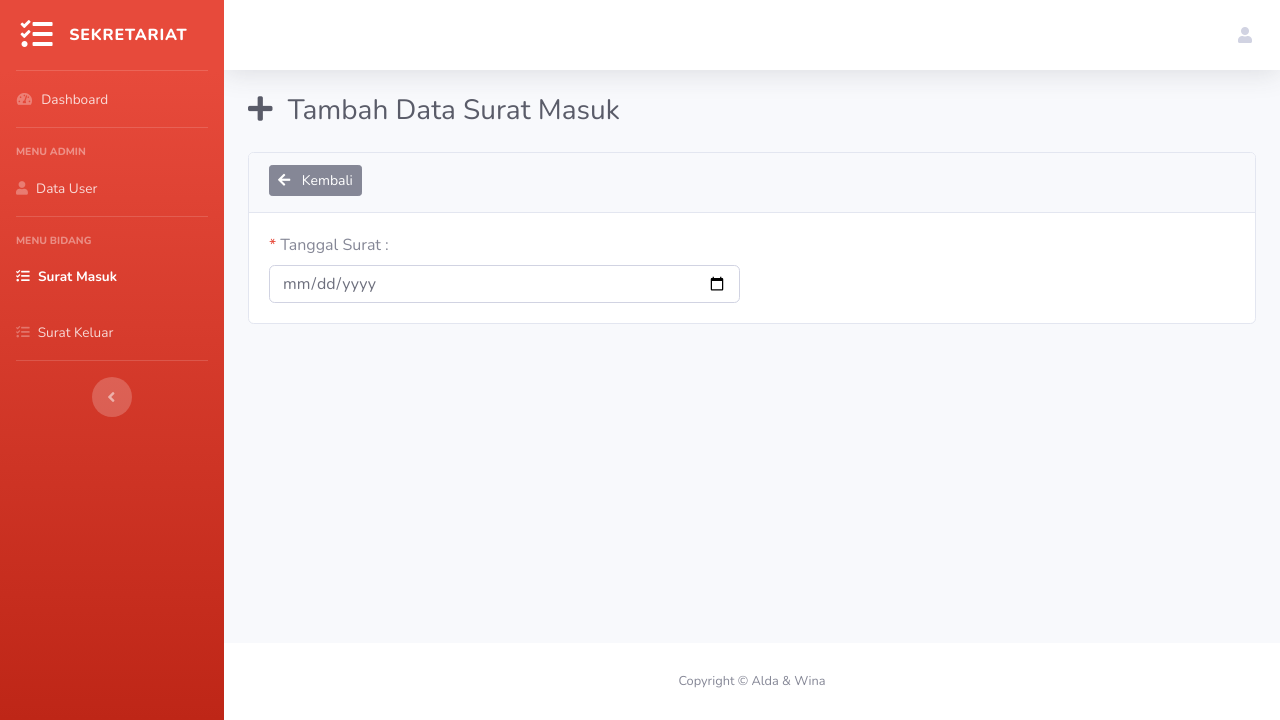
Repository: aldasamrotulfuadah/projek-PKL
Page: http://localhost/suratmasuk/create
An editor plug-in stored every save of this project. The page is shown before and after the next save, followed by the edit.
The browser window is 1280 px wide. The pictures show the whole page.
The page is served by the project's Laravel application, run on PHP 8.4 with Laravel 12. A made-up administrator, Test User (test@example.com), is signed in. Other server files are loaded and not shown.

Above is the page before, as saved 2026-03-12 10:59:54.

### routes/web.php
<?php

use App\Http\Controllers\AuthController;
use App\Http\Controllers\DashboardController;
use App\Http\Controllers\SuratKeluarController;
use App\Http\Controllers\SuratMasukController;
use App\Http\Controllers\UserController;
use Illuminate\Support\Facades\Route;




Route::get('/', function () {
    return view('welcome');
})->name('welcome');

// Login
Route::get('/login', [AuthController::class, 'login'])->name('login');
Route::post('/login', [AuthController::class, 'loginProses'])->name('loginProses');

//user
Route::get('/user', [UserController::class, 'user'])->name('user');
Route::get('/user/create', [UserController::class, 'create'])->name('userCreate');
Route::post('/user/store', [UserController::class, 'store'])->name('userStore');
Route::get('/user/edit/{id}', [UserController::class, 'edit'])->name('userEdit');
Route::post('/user/update/{id}', [UserController::class, 'update'])->name('userUpdate');
Route::delete('/user/destroy/{id}', [UserController::class, 'destroy'])->name('userDestroy');

// Logout
Route::get('/logout', [AuthController::class, 'logout'])->name('logout');

Route::middleware('checkLogin')->group(function(){
    // Dashboard
    Route::get('/dashboard', [DashboardController::class, 'index'])->name('dashboard');
    // Surat Masuk
    Route::get('/suratmasuk', [SuratMasukController::class, 'index'])->name('suratmasuk');
    Route::get('/suratmasuk/create', [SuratMasukController::class, 'create'])->name('suratmasukCreate');


    // Surat Keluar
    Route::get('/suratkeluar', [SuratKeluarController::class, 'index'])->name('suratkeluar');

});

### app/Models/User.php
<?php

namespace App\Models;

// use Illuminate\Contracts\Auth\MustVerifyEmail;
use Illuminate\Database\Eloquent\Factories\HasFactory;
use Illuminate\Foundation\Auth\User as Authenticatable;
use Illuminate\Notifications\Notifiable;

class User extends Authenticatable
{
    use HasFactory, Notifiable;

    /**
     * The attributes that are mass assignable.
     *
     * @var array<int, string>
     */
    protected $fillable = [
        'nama',
        'email',
        'Jabatan',
        'is_tugas',
        'password',
    ];

    /**
     * The attributes that should be hidden for serialization.
     *
     * @var array<int, string>
     */
    protected $hidden = [
        'password',
        'remember_token',
    ];

    /**
     * Get the attributes that should be cast.
     *
     * @return array<string, string>
     */
    protected function casts(): array
    {
        return [
            'email_verified_at' => 'datetime',
            'password' => 'hashed',
        ];
    }
}

### app/Http/Controllers/SuratMasukController.php
<?php

namespace App\Http\Controllers;

use App\Models\SuratMasuk;
use Illuminate\Http\Request;

class SuratMasukController extends Controller
{
    public function index(){
        $data = array(
            'title'   => 'Data Surat Masuk',
            'menuSuratMasuk'   => 'active',
            'suratmasuk'   => suratmasuk::get(),
        );
        return view('suratm/suratmasuk',$data);
    }

    public function create(){
        $data = array(
            'title'   => 'Tambah Data Surat Masuk',
            'menuSuratMasuk'   => 'active',
        );
        return view('suratm/create',$data);
    }

}

### resources/views/suratm/create.blade.php
@extends('layouts/app')

@section('content')

    <h1 class="h3 mb-4 text-gray-800">
        <i class="fas fa-plus mr-2"></i>
       {{ $title }}
    </h1>


    <div class="card">
        <div class="card-header d-flex flex-wrap justify-content-center justify-content-xl-between">
            <div class="mb-1 mr-2">
                <a href="{{ route('suratmasuk') }}" class="btn btn-sm btn-secondary">
                    <i class="fas fa-arrow-left mr-2"></i>
                Kembali
                </a>
            </div>
        </div>
        <div class="card-body">
            <div class="row">
                <div class="col-6">
                    <label class="form-label">
                        <span class="text-danger">*</span>
                        Tanggal Surat :
                    </label>
                    <input type="date" name="tanggal" class="form-control">
                </div>
            </div>
        </div>
    </div>



@endsection

### resources/views/layouts/app.blade.php
@include('layouts/header')

<body id="page-top">

    <!-- Page Wrapper -->
    <div id="wrapper">

@include('layouts/sidebar')

        <!-- Content Wrapper -->
        <div id="content-wrapper" class="d-flex flex-column">

            <!-- Main Content -->
            <div id="content">

                <!-- Topbar -->
                <nav class="navbar navbar-expand navbar-light bg-white topbar mb-4 static-top shadow">

                    <!-- Sidebar Toggle (Topbar) -->
                    <button id="sidebarToggleTop" class="btn btn-link d-md-none rounded-circle mr-3">
                        <i class="fa fa-bars"></i>
                    </button>

                    <!-- Topbar Navbar -->
                    <ul class="navbar-nav ml-auto">

                        <!-- Nav Item - User Information -->
                        <li class="nav-item dropdown no-arrow">
                            <a class="nav-link dropdown-toggle" href="#" id="userDropdown" role="button"
                                data-toggle="dropdown" aria-haspopup="true" aria-expanded="false">
                                <span class="mr-2 d-none d-lg-inline text-gray-600 small">
                                    {{ auth()->user()->nama }}
                                </span>
                                <i class="fas fa-user"></i>
                            </a>
                            <!-- Dropdown - User Information -->
                            <div class="dropdown-menu dropdown-menu-right shadow animated--grow-in"
                                aria-labelledby="userDropdown">
                                <a class="dropdown-item" href="#">
                                    <div class="badge badge-secondary justify-content-center d-flex">
                                         {{ auth()->user()->Jabatan }}
                                    </div>
                                </a>
                                <a class="dropdown-item" href="#">
                                    <i class="fas fa-cogs fa-sm fa-fw mr-2 text-gray-400"></i>
                                    Pengaturan
                                </a>
                                <div class="dropdown-divider"></div>
                                <a class="dropdown-item" href="{{ route('logout') }}">
                                    <i class="fas fa-sign-out-alt fa-sm fa-fw mr-2 text-gray-400"></i>
                                    Logout
                                </a>
                            </div>
                        </li>

                    </ul>

                </nav>
                <!-- End of Topbar -->

                <!-- Begin Page Content -->
                <div class="container-fluid">

                    @yield('content')

                </div>
                <!-- /.container-fluid -->

            </div>
            <!-- End of Main Content -->

            <!-- Footer -->
            <footer class="sticky-footer bg-white">
                <div class="container my-auto">
                    <div class="copyright text-center my-auto">
                        <span>Copyright &copy; Alda & Wina</span>
                    </div>
                </div>
            </footer>
            <!-- End of Footer -->

        </div>
        <!-- End of Content Wrapper -->

    </div>
    <!-- End of Page Wrapper -->

    <!-- Scroll to Top Button-->
    <a class="scroll-to-top rounded" href="#page-top">
        <i class="fas fa-angle-up"></i>
    </a>

    <!-- Logout Modal-->
    <div class="modal fade" id="logoutModal" tabindex="-1" role="dialog" aria-labelledby="exampleModalLabel"
        aria-hidden="true">
        <div class="modal-dialog" role="document">
            <div class="modal-content">
                <div class="modal-header">
                    <h5 class="modal-title" id="exampleModalLabel">Ready to Leave?</h5>
                    <button class="close" type="button" data-dismiss="modal" aria-label="Close">
                        <span aria-hidden="true">×</span>
                    </button>
                </div>
                <div class="modal-body">Select "Logout" below if you are ready to end your current session.</div>
                <div class="modal-footer">
                    <button class="btn btn-secondary" type="button" data-dismiss="modal">Cancel</button>
                    <a class="btn btn-primary" href="login.html">Logout</a>
                </div>
            </div>
        </div>
    </div>

@include('layouts/footer')

### resources/views/layouts/header.blade.php
<!DOCTYPE html>
<html lang="en">

<head>

    <meta charset="utf-8">
    <meta http-equiv="X-UA-Compatible" content="IE=edge">
    <meta name="viewport" content="width=device-width, initial-scale=1, shrink-to-fit=no">
    <meta name="description" content="">
    <meta name="author" content="">

    <title>Masuk.in | Dashboard {{ $title }}</title>

    <!-- Custom fonts for this template-->
    <link href="{{ asset('sbadmin2/vendor/fontawesome-free/css/all.min.css') }}" rel="stylesheet" type="text/css">
    <link href="https://fonts.googleapis.com/css?family=Nunito:200,200i,300,300i,400,400i,600,600i,700,700i,800,800i,900,900i"
        rel="stylesheet">

    <!-- Custom styles for this template-->
    <link href="{{ asset('sbadmin2/css/sb-admin-2.min.css') }}" rel="stylesheet">
     <link href="{{ asset('sbadmin2/vendor/datatables/dataTables.bootstrap4.min.css') }}" rel="stylesheet">

</head>

### resources/views/layouts/sidebar.blade.php
        <!-- Sidebar -->
        <ul class="navbar-nav bg-gradient-danger sidebar sidebar-dark accordion" id="accordionSidebar">

            <!-- Sidebar - Brand -->
            <a class="sidebar-brand d-flex align-items-center justify-content-center" href="index.html">
                <div class="sidebar-brand-icon">
                    <i class="fas fa-tasks"></i>
                </div>
                <div class="sidebar-brand-text mx-3">Sekretariat</div>
            </a>

            <!-- Divider -->
            <hr class="sidebar-divider my-0">

            <!-- Nav Item - Dashboard -->
            <li class="nav-item {{ $menuDashboard ?? '' }}">
                <a class="nav-link" href="{{ route('dashboard') }}">
                    <i class="fas fa-fw fa-tachometer-alt"></i>
                    <span>Dashboard</span></a>
            </li>

            <!-- Divider -->
            <hr class="sidebar-divider">

            <!-- Heading -->
            <div class="sidebar-heading">
                Menu Admin
            </div>

            <!-- Nav Item - Charts -->
            <li class="nav-item {{ $menuAdminUser ?? '' }}">
                <a class="nav-link" href="{{ route('user') }}">
                    <i class="fas fa-user"></i>
                    <span>Data User</span></a>

                    <!-- Divider -->
                    <hr class="sidebar-divider">

                <div class="sidebar-heading">
                    Menu Bidang
                </div>
                <!-- Nav Item - Charts -->
                <li class="nav-item {{ $menuSuratMasuk ?? '' }}">
                    <a class="nav-link" href="{{ route('suratmasuk') }}">
                        <i class="fas fa-tasks"></i>
                        <span>Surat Masuk</span></a>
                </li>

                <!-- Nav Item - Tables -->
                <li class="nav-item {{ $menuSuratKeluar ?? '' }}">
                    <a class="nav-link" href="{{ route('suratkeluar') }}">
                        <i class="fas fa-tasks"></i>
                        <span>Surat Keluar</span></a>
                </li>

                <!-- Divider -->
                <hr class="sidebar-divider d-none d-md-block">

                <!-- Sidebar Toggler (Sidebar) -->
                <div class="text-center d-none d-md-inline">
                    <button class="rounded-circle border-0" id="sidebarToggle"></button>
                </div>
            </ul>
        <!-- End of Sidebar -->

### resources/views/layouts/footer.blade.php
<script src="{{ asset('sbadmin2/vendor/jquery/jquery.min.js') }}"></script>
    <script src="{{ asset('sbadmin2/vendor/bootstrap/js/bootstrap.bundle.min.js') }}"></script>
    <script src="{{ asset('sbadmin2/vendor/jquery-easing/jquery.easing.min.js') }}"></script>
    <script src="{{ asset('sbadmin2/js/sb-admin-2.min.js') }}"></script>

    <script src="{{ asset('sbadmin2/vendor/datatables/jquery.dataTables.min.js') }}"></script>
    <script src="{{ asset('sbadmin2/vendor/datatables/dataTables.bootstrap4.min.js') }}"></script>
    <script src="{{ asset('sbadmin2/js/demo/datatables-demo.js') }}"></script>
    <script src="{{ asset('sweetalert2/dist/sweetalert2.all.min.js') }}"></script>

     @session('success')
        <script>
        Swal.fire({
            title: "Sukses",
            text: "{{ session('success') }}",
            icon: "success"
        });
    </script>
    @endsession

    @session('error')
        <script>
        Swal.fire({
            title: "Gagal",
            text: "{{ session('error') }}",
            icon: "gagal"
        });
    </script>
    @endsession


</body>

</html>

Loaded but not shown: app/Http/Controllers/Controller.php (common file); public/sbadmin2/css/sb-admin-2.min.css (library); public/sbadmin2/js/sb-admin-2.min.js (common file); public/sbadmin2/js/demo/datatables-demo.js (common file); public/sweetalert2/dist/sweetalert2.all.min.js (library)

After the next save:
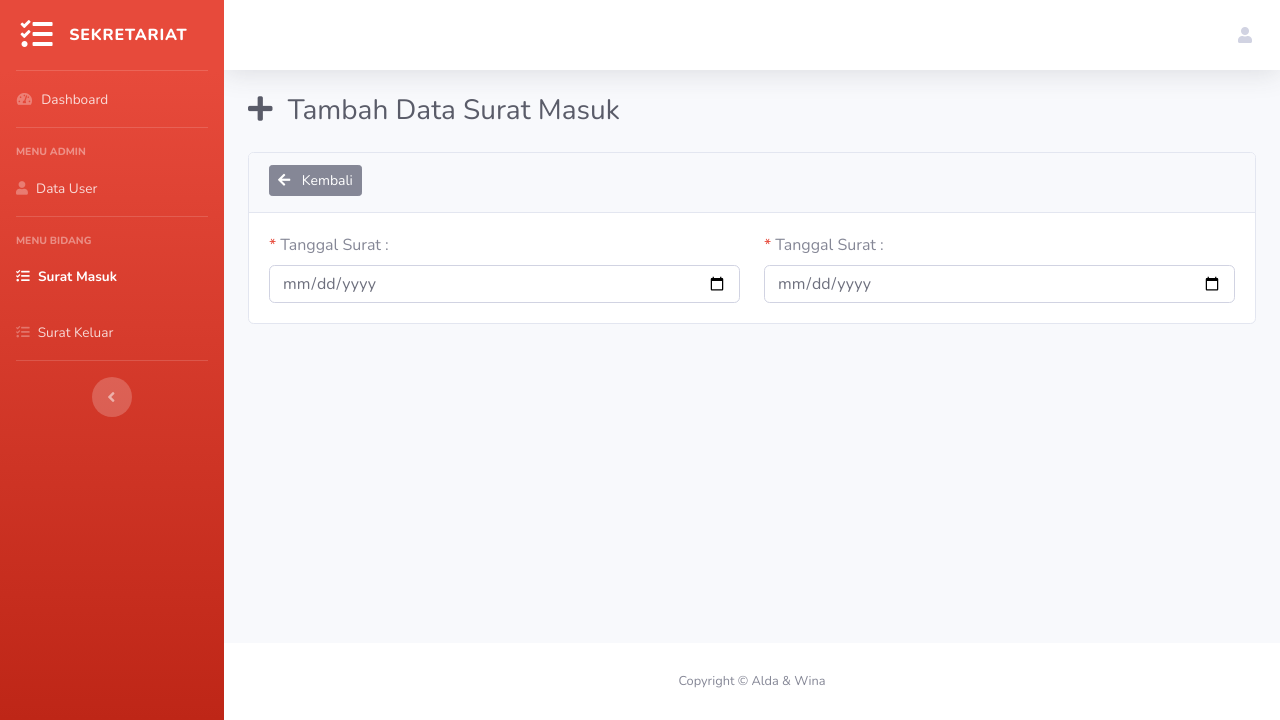
Saved 69 s later.
--- a/resources/views/suratm/create.blade.php
+++ b/resources/views/suratm/create.blade.php
@@ -26,6 +26,13 @@
                     </label>
                     <input type="date" name="tanggal" class="form-control">
                 </div>
+                <div class="col-6">
+                    <label class="form-label">
+                        <span class="text-danger">*</span>
+                        Tanggal Surat :
+                    </label>
+                    <input type="date" name="tanggal" class="form-control">
+                </div>
             </div>
         </div>
     </div>
